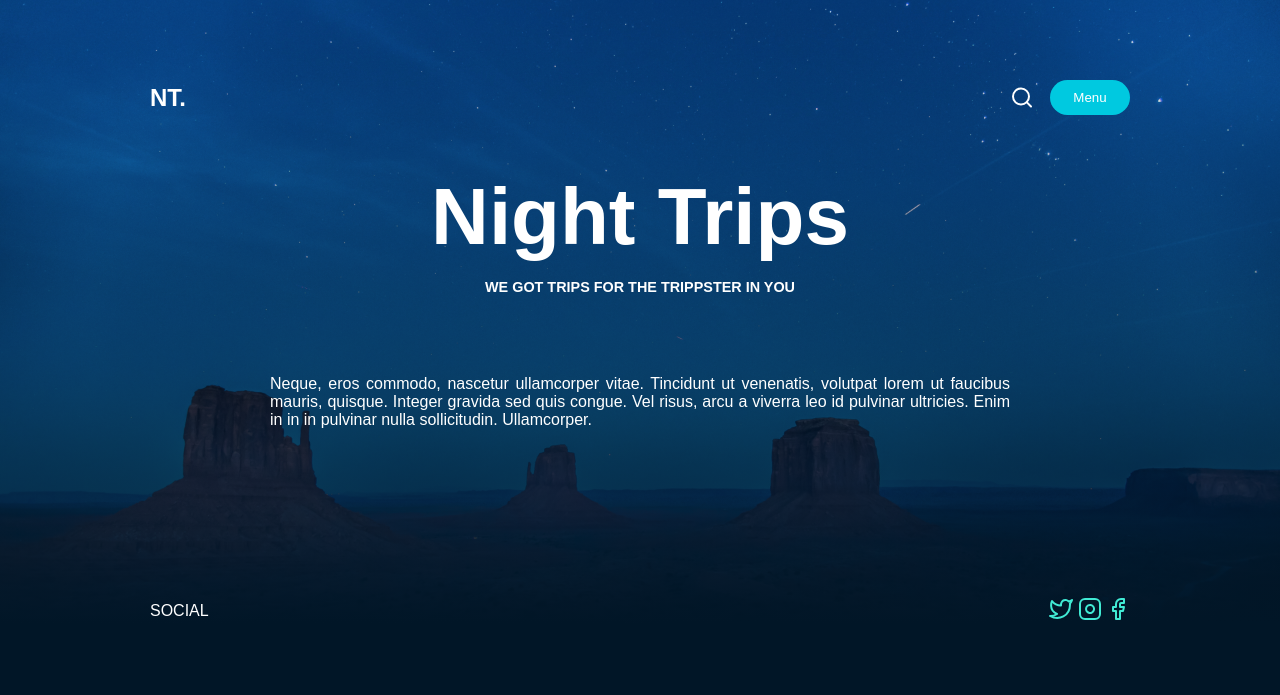
Repository: Silva-jr/night-trip
Page: index.html
An editor plug-in stored every save of this project. The page is shown before and after a run of saves, followed by the edit.
The browser window is 1280 px wide. The pictures show the whole page.

Above is the page before, as saved 2021-07-21 00:22:01.

After the next 3 saves:
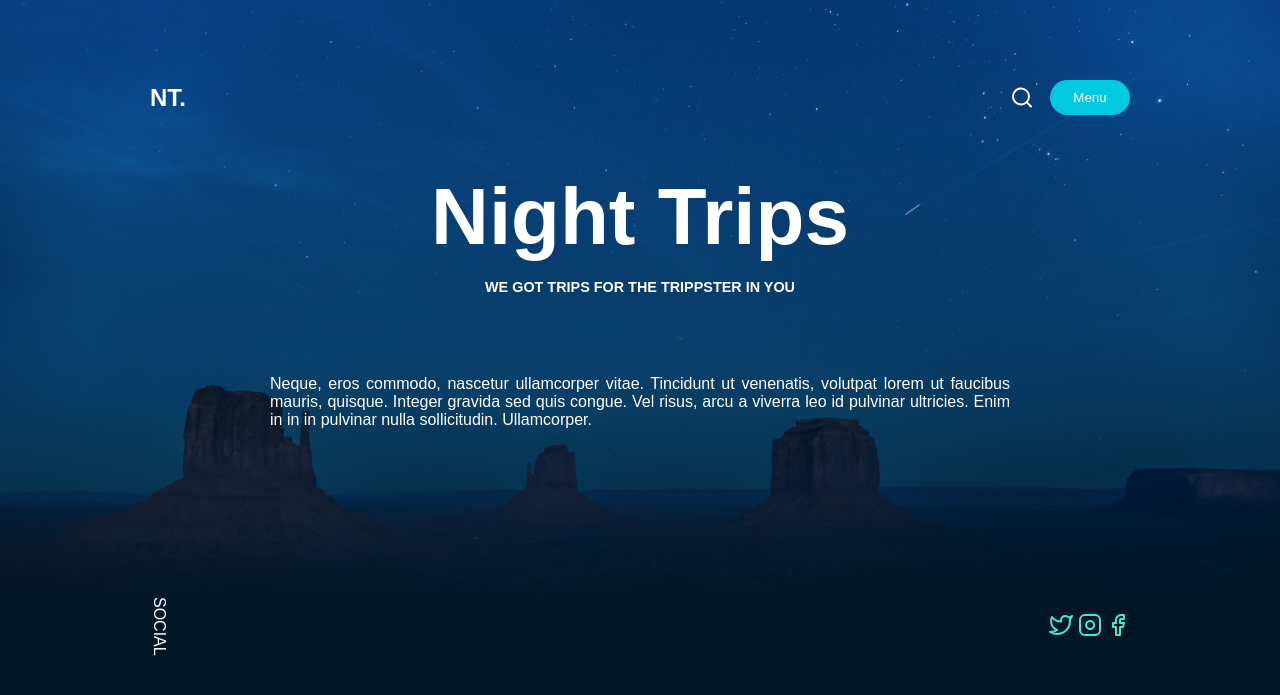
The 3 saves are shown as one change because they came seconds apart.
The last was saved 12 s later.
--- a/style/style.css
+++ b/style/style.css
@@ -129,5 +129,5 @@
 }
 
 .social-items p{
-
+    writing-mode: vertical-rl;
 }

After the 6 saves that followed:
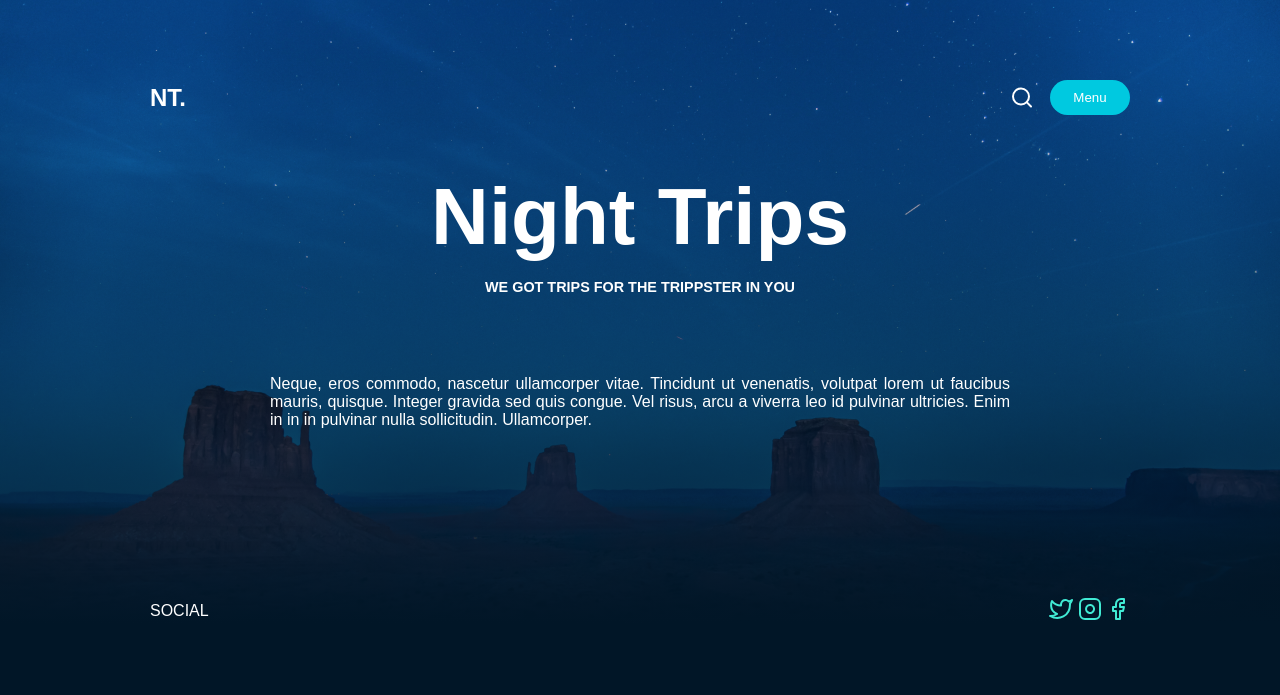
The 6 saves are shown as one change because 2 left the picture as it was and some came seconds apart.
The last was saved 29 s later.
--- a/style/style.css
+++ b/style/style.css
@@ -129,5 +129,5 @@
 }
 
 .social-items p{
-    writing-mode: vertical-rl;
+    writing-mode: ;
 }
